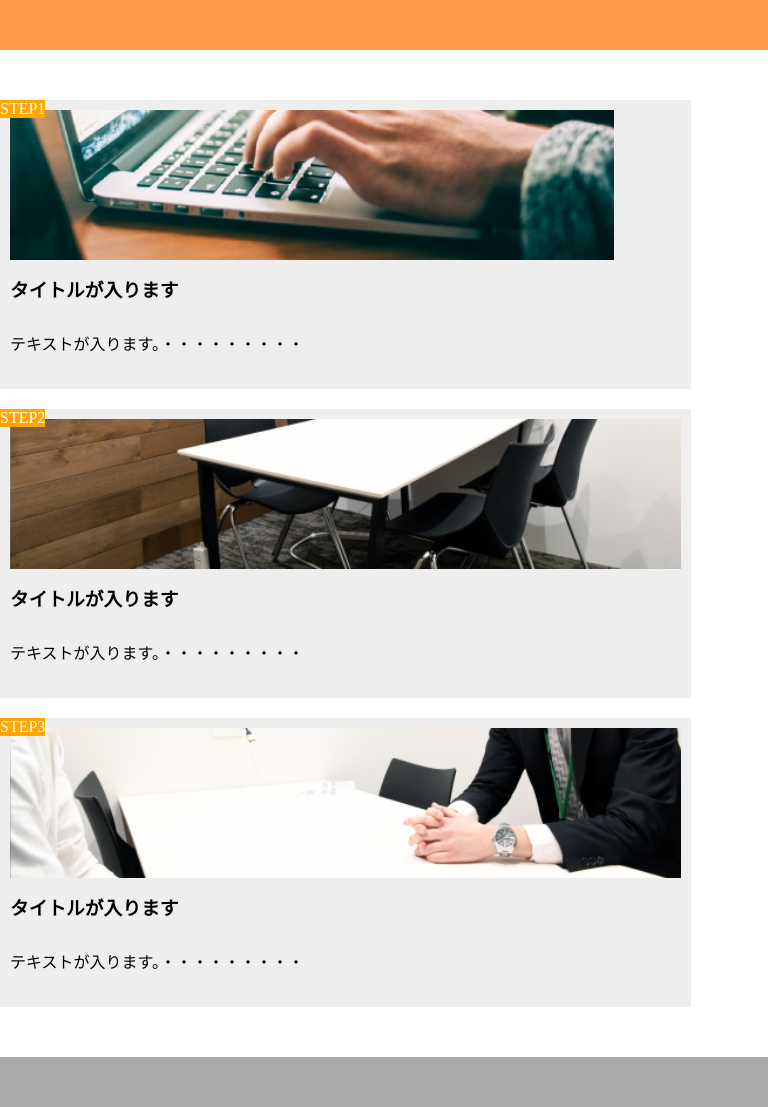
Repository: hahumanhugou/test1
Page: test1/test1.html
The author's editor kept a record of every edit. The page is drawn from the files as they stood at one moment, then again after the next edit.
The browser window is 768 px wide. The pictures show the whole page.
Some web libraries are served in a nearby version.

Above is the page before.

### test1/test1.html
<!DOCTYPE html>
<html lang="ja">
  <head>
    <meta charset="UTF-8" />
    <meta name="viewport" content="width=device-width,initial-scale=1.0">
     <script src="https://kit.fontawesome.com/13adee6c96.js" crossorigin="anonymous"></script>
    <!-- CSSファイルの読み込み -->
    <link rel="stylesheet" href="test1.css" />
    <title>確認課題１</title>
  </head>

  <body>
    <!-- header -->
    <header>  </header>
      <div class="largebox">
        <div class="box">
         <div class="image"></div>
          <h3 class="title">タイトルが入ります</h3>
          　<p class="text">テキストが入ります。・・・・・・・・・ </p>
          　　<div class="step"><font color="white">STEP1</font></div>
          </div>
            <div class="box">
         <div class="image2"></div>
          <h3 class="title">タイトルが入ります</h3>
          　<p class="text">テキストが入ります。・・・・・・・・・ </p>
          　　<div class="step"><font color="white">STEP2</font></div>
          </div>
            <div class="box">
         <div class="image3"></div>
          <h3 class="title">タイトルが入ります</h3>
          　<p class="text">テキストが入ります。・・・・・・・・・ </p>
          　　<div class="step"><font color="white">STEP3</font></div>
          </div>



        </div>
    <footer></footer>
 </body>
</html>

### test1/test1.css
* {
  box-sizing: border-box;
  margin: 0;
  padding: 0;
}

header {
  height: 50px;
  background-color: #ff9a4b;
}


.largebox{
  width: 960px;
  margin: 50px auto;
  display: flex;
}

.box{
  width: 300px;
  margin-right: 30px;
  padding: 10px;
  position: relative;
  background-color: #eee;
}

.step-box:last-child {
  margin-right: 0;
}
.image{
  background-image: url(img/flow01.png);
  height: 150px;
  background-position: bottom;
  background-size: cover;
}

.image2{
  background-image: url(img/flow02.png);
  height: 150px;
  background-position: bottom;
  background-size: cover;
}
.image3{
  background-image: url(img/flow03.png);
  height: 150px;
  background-position: bottom;
  background-size: cover;
}

.title{
 margin: 15px 0 5px;
}


.step{
 position: absolute;
 background-color: orange;
 top: 0;
 left: 0;
}

footer {
  height: 50px;
  background-color: #aaa;
}

@media screen and (max-width:768px) {
.largebox{
  width: 100%;
  margin: 50px auto;
  display: block;
}

.box{
  width: 90%;
  margin-bottom: 20px;

}

.step-box:last-child {
  margin-bottom:  0;
}
.image{
 width: 90%;
}

.image2{
  background-image: url(img/flow02.png);
  height: 150px;
  background-position: bottom;
  background-size: cover;
}
.image3{
  background-image: url(img/flow03.png);
  height: 150px;
  background-position: bottom;
  background-size: cover;
}

.title{
 margin: 15px 0 5px;
}


.step{
 position: absolute;
 background-color: orange;
 top: 0;
 left: 0;
}

}

After the next edit:
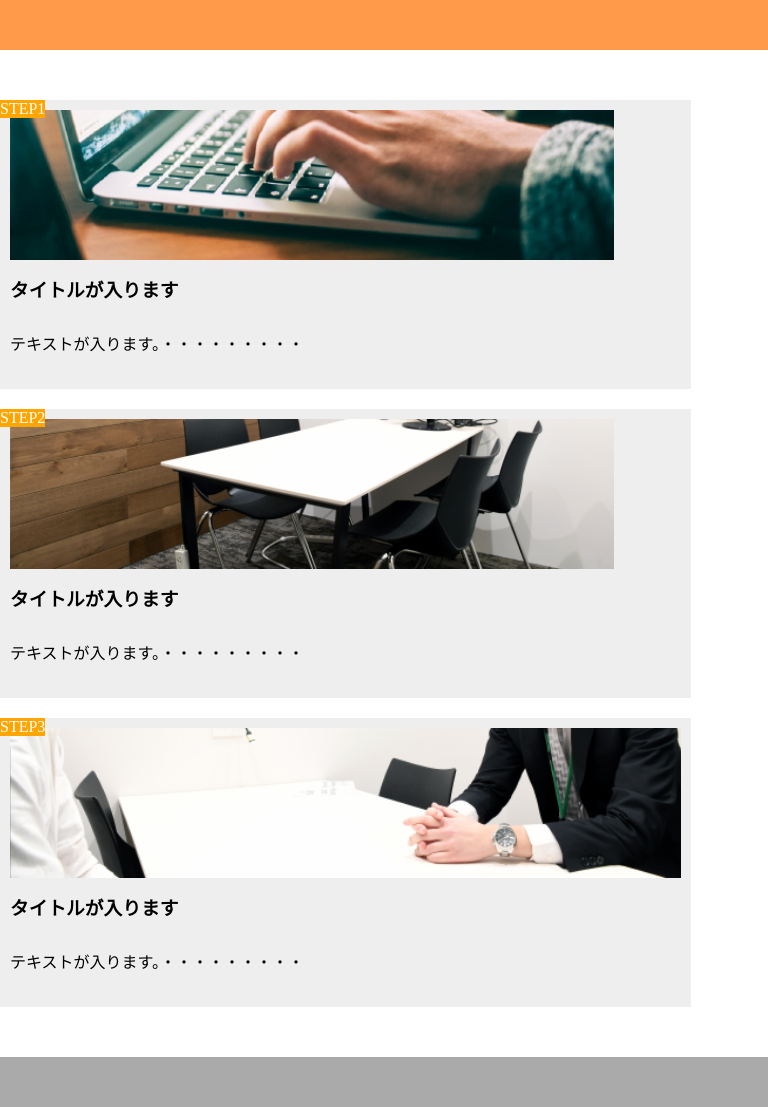
The edit:
--- a/test1/test1.css
+++ b/test1/test1.css
@@ -85,10 +85,7 @@
 }
 
 .image2{
-  background-image: url(img/flow02.png);
-  height: 150px;
-  background-position: bottom;
-  background-size: cover;
+ width: 90%
 }
 .image3{
   background-image: url(img/flow03.png);
